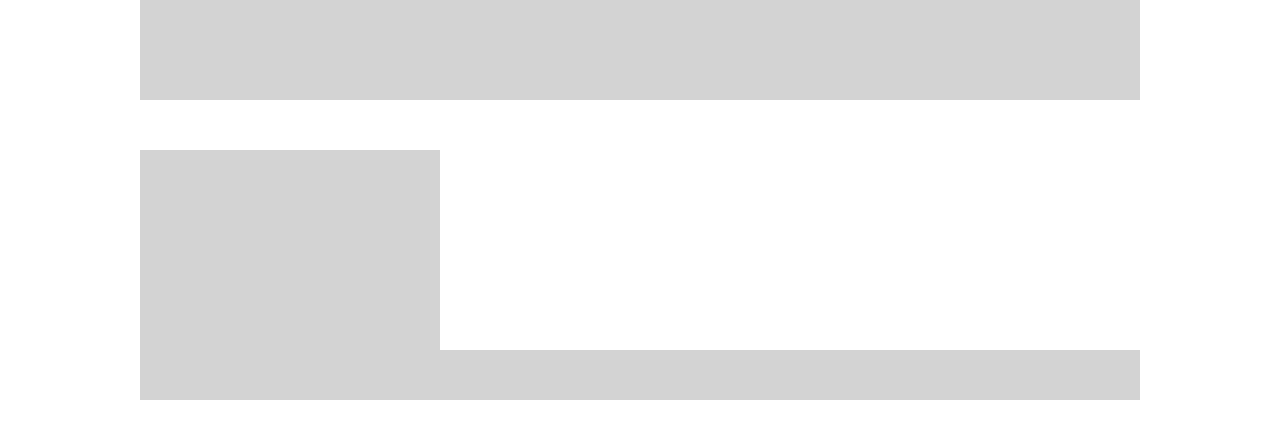
Repository: onopriienkoalina/onopriienkoalina.github.io
Page: dz9_containers/index.html
These files come from the project's save history. The page is drawn as it stood at one moment and after the next save; the edit follows.
The browser window is 1280 px wide. The pictures show the whole page.
The style sheet was rebuilt from its Sass, Less or Tailwind sources for each picture, by a compiler version that may differ from the author's.

Above is the page before, as saved 2021-12-01 18:48:17.

### dz9_containers/index.html
<!DOCTYPE html>
<html lang="en">
<head>
    <meta charset="UTF-8">
    <meta http-equiv="X-UA-Compatible" content="IE=edge">
    <meta name="viewport" content="width=device-width, initial-scale=1.0">
    <title>Document</title>
    <link href="reset.css" rel="stylesheet">
    <link href="css/style.css" rel="stylesheet">
</head>
<body>
    <div class="block1">
<div class="header"></div>
<div class="section1"></div>
<div class="section3"></div>
<div class="section3"></div>
<div class="footer"></div>
</div>
</body>
</html>

### dz9_containers/style.scss

.section1{
 float: left;
 width: 30%;
 height: 200px;
 background-color: #D3D3D3;
}
.section{
    float: left;
    width: 30%;
    height: 200px;
    margin-left: 5%;
    margin-bottom: 5%;
    background-color: #D3D3D3;
}
.header {
    clear: left;
    width: 100%;
    height: 100px;
    margin-bottom: 5%;
    background-color: #D3D3D3;
}
.footer {
    clear: left;
    width: 100%;
    height: 50px;
    background-color: #D3D3D3;
    margin-top: 5%;
}
.block1 {
    width: 1000px;
    margin: auto;
}

Loaded but not shown: dz9_containers/reset.css (common file)

After the next save:
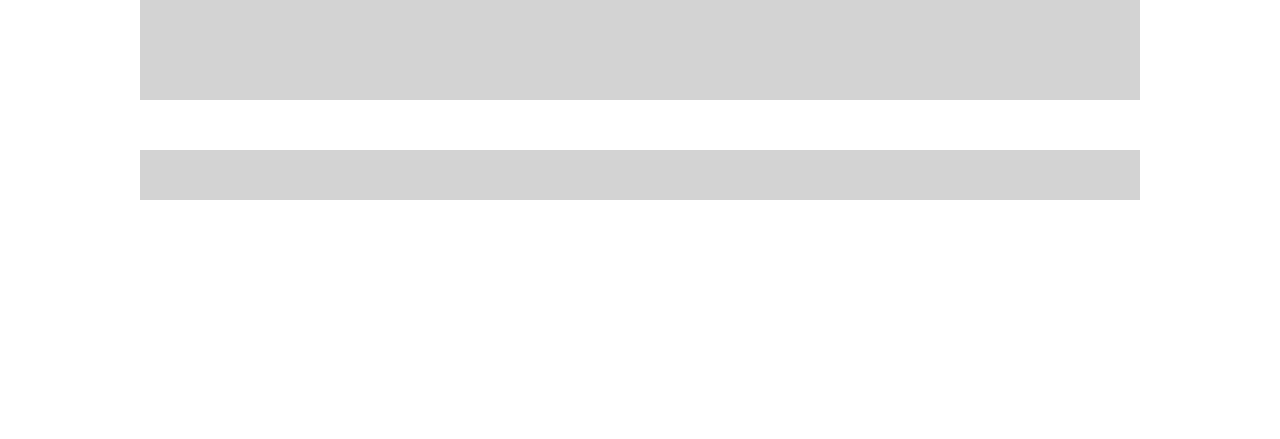
Saved 4 s later.
--- a/dz9_containers/style.scss
+++ b/dz9_containers/style.scss
@@ -1,5 +1,5 @@
 
-.section1{
+.section{
  float: left;
  width: 30%;
  height: 200px;
